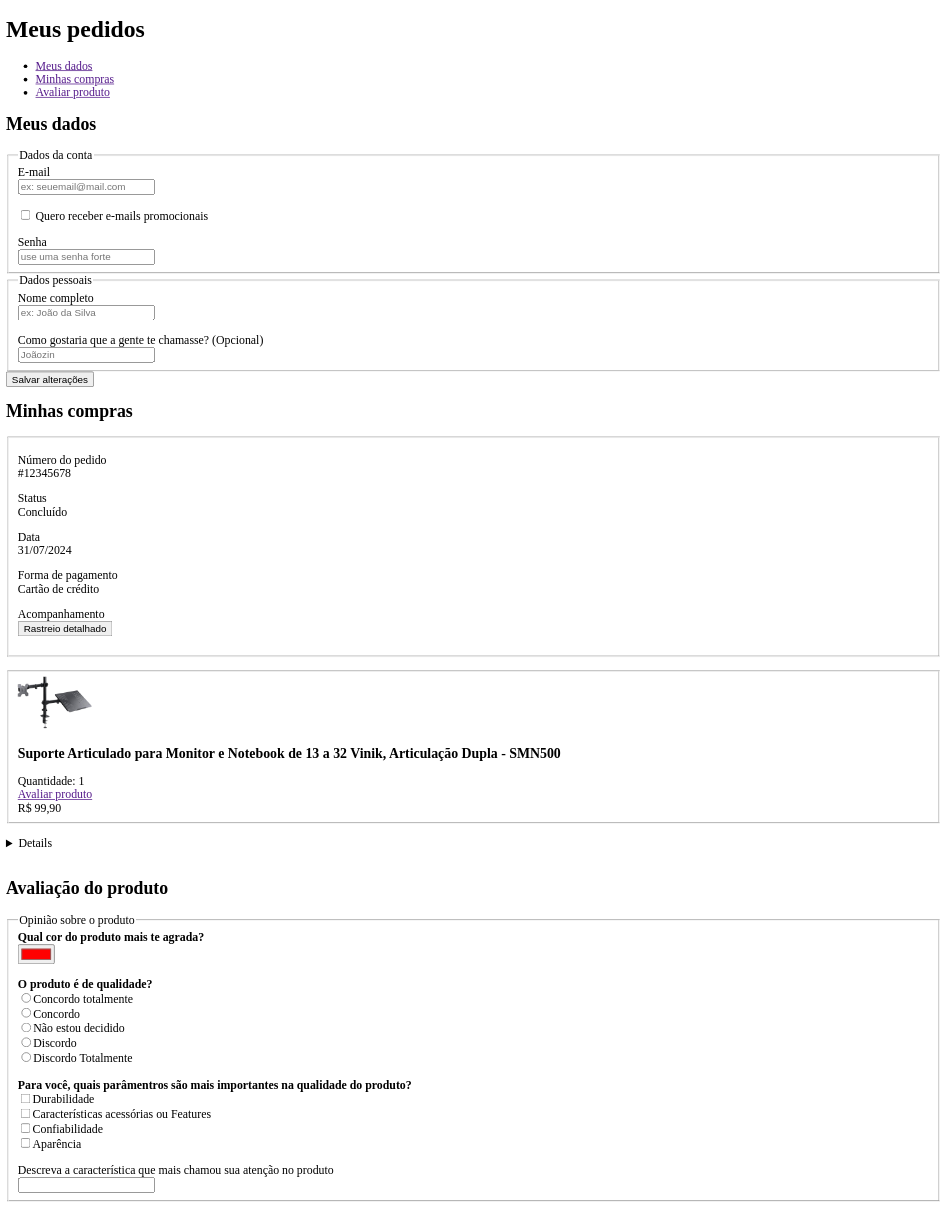
Repository: claudemir-camargo/site-compras
Page: index.html
An editor plug-in stored every save of this project. The page is shown before and after the next save, followed by the edit.
The browser window is 1280 px wide. The pictures show the whole page, at 74% of full size.

Above is the page before, as saved 2024-03-03 23:18:02.

After the next save:
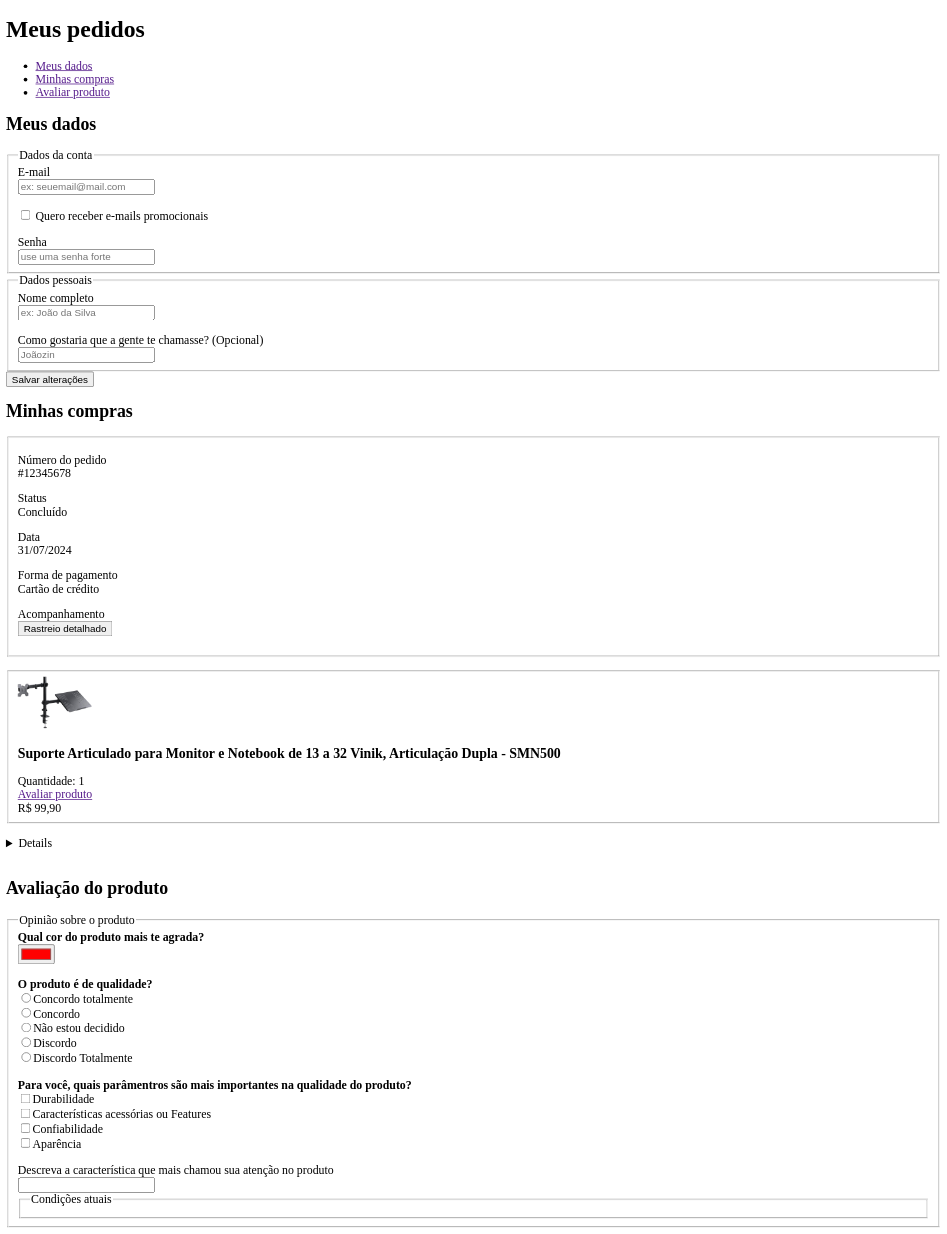
Saved 60 s later.
--- a/index.html
+++ b/index.html
@@ -101,6 +101,9 @@
             <br><br>
             <label>Descreva a característica que mais chamou sua atenção no produto</label><br>
             <input type="text">
+        <fieldset>
+            <legend>Condições atuais</legend>
+        </fieldset>
 
 
     </form>
